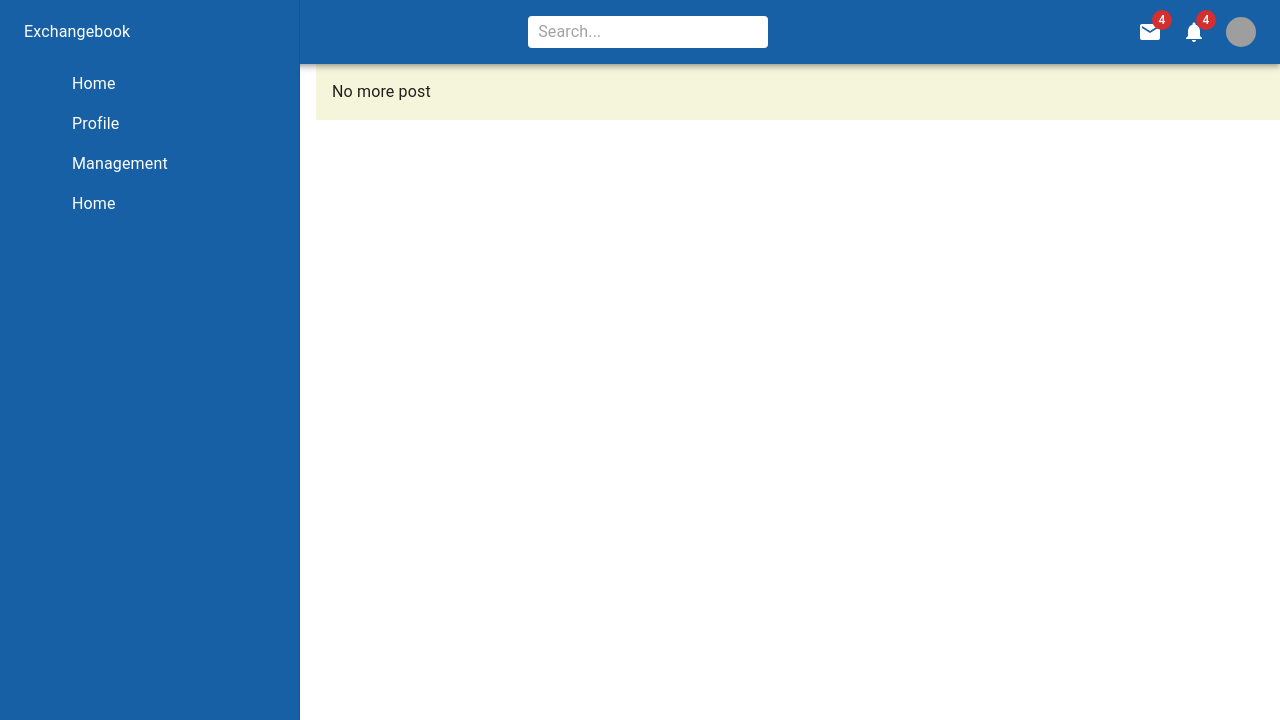
Repository: TrangPhuongLam07/exchangebookfrontend
Page: /
These files come from the project's save history. The page is drawn as it stood at one moment and after the next save; the edit follows.
The browser window is 1280 px wide. The pictures show the whole page.
Pictures or frames that could not be fetched are drawn as grey boxes. The page's requests for data from a server got no answer. The project was rebuilt for these pictures with package versions that can differ from the ones it lists, and the page was loaded fresh each time. Some packages were replaced by stand-ins written for this rebuild. No one was signed in, and anything a server would have sent is missing. Also part of the build but not shown: craco.config.js, src/components/post/index.js. Imported but missing from the stored project, and not drawn on this page: src/pages/management/add-post, src/pages/management/update-post.

Above is the page before, as saved 2023-08-01 17:48:28.

### src/index.js
import ReactDOM from "react-dom/client";
import React from "react";
import config from "./config";
import App from "./App";
import { ThemeProvider } from "@mui/material";
import "./index.css";
const root = ReactDOM.createRoot(document.getElementById("root"));

root.render(
  <React.StrictMode>
    <ThemeProvider theme={config.theme}>
      <App />
    </ThemeProvider>
  </React.StrictMode>
);

### src/config/index.js
import routes from "./routes";
import theme from "./theme";
const config = {
  routes,
  theme,
};

export default config;

### src/App.js
import { ReactQueryDevtools } from "@tanstack/react-query-devtools";
import { QueryClient, QueryClientProvider } from "@tanstack/react-query";
import { privateRoutes, publicRoutes } from "~/routes";
import { Fragment, Suspense } from "react";
import { CssBaseline } from "@mui/material";
import { BrowserRouter as Router, Routes, Route } from "react-router-dom";
import { Toaster } from "react-hot-toast";
const queryClient = new QueryClient({
  defaultOptions: {
    queries: {
      refetchOnWindowFocus: false,
      refetchOnMount: false,
      refetchOnReconnect: false,
      retry: 1,
      staleTime: 5 * 1000,
    },
  },
});

function App() {
  return (
    <QueryClientProvider client={queryClient}>
      <CssBaseline />
      <Toaster
        toastOptions={{
          duration: 1500,
        }}
      />
      <Router>
        <Suspense fallback={<div>Loading...</div>}>
          <Routes>
            {publicRoutes.map((route, index) => {
              const Page = route.component;
              const Layout = route.layout || Fragment;
              return (
                <Route
                  key={index}
                  path={route.path}
                  element={
                    <Layout>
                      <Page />
                    </Layout>
                  }
                />
              );
            })}
            {privateRoutes.map((route, index) => {
              const Page = route.component;
              const Layout = route.layout || Fragment;
              const Role = route?.role;
              return (
                <Route
                  key={index}
                  path={route.path}
                  element={
                    <Layout>
                      <Page />
                    </Layout>
                  }
                />
              );
            })}
          </Routes>
        </Suspense>
      </Router>
      <ReactQueryDevtools initialIsOpen={false} />
    </QueryClientProvider>
  );
}

export default App;

### src/index.css
body {
  margin: 0;
  font-family: -apple-system, BlinkMacSystemFont, "Segoe UI", "Roboto", "Oxygen",
    "Ubuntu", "Cantarell", "Fira Sans", "Droid Sans", "Helvetica Neue",
    sans-serif;
  -webkit-font-smoothing: antialiased;
  -moz-osx-font-smoothing: grayscale;
}

code {
  font-family: source-code-pro, Menlo, Monaco, Consolas, "Courier New",
    monospace;
}
img {
  max-width: 100%;
  object-fit: cover;
}

### src/config/routes.js
const routes = {
  home: "/",
  management: {
    management: "/management",
    add: "/management/add",
    update: "/management/update/:id",
    transaction: "/management/transaction",
    profile: "/management/profile",
  },
};
export default routes;

### src/config/theme.js
import { createTheme } from "@mui/material";
const theme = createTheme({
  palette: {
    primary: {
      main: "#1760A5",
      light: "skyblue",
    },
    secondary: {
      main: "#15C630",
    },
  },
});
export default theme;

### src/routes/index.js
import config from "~/config";
import { lazy } from "react";

const HomePage = lazy(() => import("~/pages/home"));
const AddPostPage = lazy(() => import("~/pages/management/add-post"));
const UpdatePostPage = lazy(() => import("~/pages/management/update-post"));
const ManagementPage = lazy(() => import("~/pages/management"));
const TransactionPage = lazy(() => import("~/pages/management/transaction"));

const ProfilePage = lazy(() => import("~/pages/management/profile"));

const DetailPage = lazy(() => import("~/pages/detail"));

const DefaultLayout = lazy(() => import("~/layouts/default"));
const ManagementLayout = lazy(() => import("~/layouts/management"));
const DetailLayout = lazy(() => import("~/layouts/detail"));

const publicRoutes = [
  {
    path: config.routes.home,
    component: HomePage,
    layout: DefaultLayout,
  },
];
const privateRoutes = [
  {
    path: config.routes.management.management,
    component: ManagementPage,
    layout: ManagementLayout,
  },
  {
    path: config.routes.management.add,
    component: AddPostPage,
    layout: ManagementLayout,
  },
  {
    path: config.routes.management.update,
    component: UpdatePostPage,
    layout: ManagementLayout,
  },
  {
    path: config.routes.management.profile,
    component: ProfilePage,
    layout: ManagementLayout,
  },
  {
    path: config.routes.management.transaction,
    component: TransactionPage,
    layout: ManagementLayout,
  },
  {
    path: config.routes.detailPage,
    component: DetailPage,
    layout: ManagementLayout,
  },
];

export { publicRoutes, privateRoutes };

### src/pages/home/index.js
import { useInfiniteQuery } from "@tanstack/react-query";
import { useCallback, useEffect, useId, useRef, useState } from "react";
import Feed from "~/components/feed";
import Post from "~/components/post";
import { postService } from "~/services";
const HomePage = () => {
  const uuid = useId();
  const [lastPostId, setLastPostId] = useState();
  const { data, isFetchingNextPage, error, fetchNextPage, hasNextPage } =
    useInfiniteQuery({
      queryKey: ["posts"],
      queryFn: postService.getAll,
      getNextPageParam: (lastPage, allPages) => {
        return allPages.length < 3 && allPages.length + 1;
      },
      getPreviousPageParam: (firstPage, allPages) => firstPage.prevCursor,
    });
  const intObserver = useRef();
  const lastPostRef = useCallback(
    (post) => {
      if (isFetchingNextPage) return;
      intObserver.current && intObserver.current.disconnect();
      intObserver.current = new IntersectionObserver((post) => {
        if (post[0].isIntersecting && hasNextPage) fetchNextPage();
      });
      post && intObserver.current.observe(post);
    },
    [isFetchingNextPage, fetchNextPage, hasNextPage]
  );

  if (error) return <>Error: {error.message}</>;
  return (
    <Feed>
      {data?.pages.map((page) => {
        return page.map((post, i) => {
          // if (data?.pages.length - 1 === i) {
          //   return <Post key={uuid} ref={lastPostRef} post={post} />;
          // }
          return (
            <Post
              key={i}
              post={post}
              ref={data?.pages.length - 1 === i ? lastPostRef : null}
            />
          );
        });
      })}
      {!hasNextPage && "No more post"}
    </Feed>
  );
};

export default HomePage;

### src/layouts/default/index.js
import { Box, Stack } from "@mui/material";
import AddPostBtn from "~/components/buttons/add-btn";
import Header from "~/components/header";
import Sidebar from "~/components/sidebar";

const DefaultLayout = ({ children }) => {
  return (
    <Box>
      <Header />
      <Stack direction="row" spacing={2} justifyContent="space-between">
        <Sidebar />
        {children}
        {/* <Feed /> */}
      </Stack>
      <AddPostBtn />
    </Box>
  );
};

export default DefaultLayout;

### src/components/feed/index.js
import { Box } from "@mui/material";

const Feed = ({ children }) => {
  return (
    <Box bgcolor="beige" flex={5} p={2}>
      {children}
    </Box>
  );
};

export default Feed;

### src/services/index.js
export * as categoryService from "./categoryService";
export * as postService from "./postService";
export * as userService from "./userService";

### src/components/buttons/add-btn/index.js
import {
  Avatar,
  Box,
  Button,
  ButtonGroup,
  Fab,
  Modal,
  TextField,
  Tooltip,
  Typography,
  styled,
} from "@mui/material";
import { Add as AddIcon } from "@mui/icons-material";
import { useState } from "react";
const AddPostBtn = () => {
  const [open, setOpen] = useState(false);
  const handleClose = () => setOpen(false);

  const StyledModal = styled(Modal)({
    display: "flex",
    alignItems: "center",
    justifyContent: "center",
  });
  const UserBox = styled(Box)({
    display: "flex",
    alignItems: "center",
    gap: "10px",
    marginBottom: "20px",
  });
  return (
    <Box>
      <Tooltip
        onClick={() => setOpen(true)}
        title="Add post"
        sx={{
          position: "fixed",
          bottom: 20,
          left: { xs: "calc(50% - 25px)", md: 30 },
        }}
      >
        <Fab color="primary" aria-label="Add">
          <AddIcon />
        </Fab>
      </Tooltip>
      <StyledModal open={open} onClose={handleClose}>
        <Box width={500} height={350} p={3} borderRadius={4} bgcolor="white">
          <Typography variant="h6" color="gray" textAlign="center">
            Create post
          </Typography>
          <UserBox>
            <Avatar
              src="https://source.unsplash.com/random"
              sx={{ width: 30, height: 30 }}
            />
            <Typography fontWeight={500} variant="span">
              Kienthuc
            </Typography>
          </UserBox>
          <TextField
            multiline
            rows={4}
            placeholder="What's in your mind"
            variant="standard"
            sx={{
              width: "100%",
            }}
          />
          <ButtonGroup fullWidth variant="contained" sx={{ marginTop: 3 }}>
            <Button>Post</Button>
          </ButtonGroup>
        </Box>
      </StyledModal>
    </Box>
  );
};

export default AddPostBtn;

### src/components/header/index.js
import { Pets, Mail, Notifications } from "@mui/icons-material";
import {
  AppBar,
  Typography,
  Box,
  Toolbar,
  InputBase,
  Badge,
  styled,
  Avatar,
  Menu,
  MenuItem,
} from "@mui/material";
import { useState } from "react";
import { useNavigate } from "react-router-dom";

const Header = () => {
  const [open, setOpen] = useState(false);
  const navigate = useNavigate();
  const handleToggle = () => {
    setOpen(!open);
  };

  const StyledToobar = styled(Toolbar)({
    display: "flex",
    justifyContent: "space-between",
  });
  const Search = styled("div")(({ theme }) => ({
    background: "white",
    padding: "0 10px",
    borderRadius: theme.shape.borderRadius,
  }));
  const Icons = styled(Box)(({ theme }) => ({
    display: "none",
    alignItems: "center",
    gap: "20px",
    [theme.breakpoints.up("sm")]: {
      display: "flex",
    },
  }));
  const UserBox = styled(Box)(({ theme }) => ({
    display: "flex",
    alignItems: "center",
    gap: "10px",
    [theme.breakpoints.up("sm")]: {
      display: "none",
    },
  }));
  return (
    <AppBar position="sticky">
      <StyledToobar>
        <Typography
          variant="h6"
          sx={{
            display: { xs: "none", sm: "block" },
          }}
        >
          ExchangeBook
        </Typography>
        <Pets
          sx={{
            display: { xs: "block", sm: "none" },
          }}
        />
        <Search>
          <InputBase placeholder="Search..." />
        </Search>
        <Icons>
          <Badge badgeContent={4} color="error">
            <Mail />
          </Badge>
          <Badge badgeContent={4} color="error">
            <Notifications />
          </Badge>
          <Avatar
            sx={{ width: 30, height: 30 }}
            src="https://source.unsplash.com/random"
            onClick={handleToggle}
          />
        </Icons>
        <UserBox onClick={handleToggle}>
          <Avatar
            sx={{ width: 30, height: 30 }}
            src="https://source.unsplash.com/random"
          />
        </UserBox>
        <Menu
          id="menu"
          aria-aria-labelledby="demo"
          open={open}
          onClose={() => setOpen(false)}
          anchorOrigin={{
            vertical: "top",
            horizontal: "right",
          }}
          transformOrigin={{
            vertical: "top",
            horizontal: "right",
          }}
        >
          <MenuItem
            onClick={() => navigate("/management/profile", { replace: true })}
          >
            Profile
          </MenuItem>
          <MenuItem>My account</MenuItem>
          <MenuItem>Logout</MenuItem>
        </Menu>
      </StyledToobar>
    </AppBar>
  );
};

export default Header;

### src/components/sidebar/index.js
import { Home, ModeNight } from "@mui/icons-material";
import {
  Box,
  List,
  ListItem,
  ListItemIcon,
  ListItemText,
  Switch,
  styled,
  Drawer,
  ListItemButton,
  Toolbar,
  Stack,
} from "@mui/material";
import { Link } from "react-router-dom";
import theme from "~/config/theme";
const Sidebar = () => {
  const StyledLink = styled(Link)({
    display: "flex",
    alignItems: "center",
    width: "100%",
    padding: "10px 20px",
    rowGap: 5,
  });

  return (
    // <Box
    //   flex={1}
    //   position="relative"
    //   p={2}
    //   sx={{
    //     display: { xs: "none", sm: "block" },
    //   }}
    // >
    //   <Box position="fixed" width={1 / 8}>
    //     <List>
    //       <ListItem>
    //         <StyledLink to="/">
    //           <ListItemIcon>
    //             <Home />
    //           </ListItemIcon>
    //           <ListItemText primary="Home" />
    //         </StyledLink>
    //       </ListItem>
    //       <ListItem>
    //         <StyledLink to="/management">
    //           <ListItemIcon>
    //             <Home />
    //           </ListItemIcon>
    //           <ListItemText primary="Management" />
    //         </StyledLink>
    //       </ListItem>
    //       <ListItem>
    //         <StyledLink to="/management/add">
    //           <ListItemIcon>
    //             <Home />
    //           </ListItemIcon>
    //           <ListItemText primary="Add" />
    //         </StyledLink>
    //       </ListItem>
    //       <ListItem>
    //         <StyledLink to="/management/transaction">
    //           <ListItemIcon>
    //             <Home />
    //           </ListItemIcon>
    //           <ListItemText primary="Transaction" />
    //         </StyledLink>
    //       </ListItem>
    //       <ListItem>
    //         <ListItemIcon>
    //           <ModeNight />
    //           <Switch />
    //         </ListItemIcon>
    //       </ListItem>
    //     </List>
    //   </Box>
    // </Box>
    <Drawer
      variant="permanent"
      sx={{
        width: 300,
        flexShrink: 0,
        "& .MuiDrawer-paper": {
          width: 300,
          boxSizing: "border-box",
          backgroundColor: theme.palette.primary.main,
          color: "white",
        },
      }}
    >
      <List disablePadding>
        <Toolbar>
          <Stack
            sx={{ width: "100%", direction: "row", justifyContent: "center" }}
          >
            Exchangebook
          </Stack>
        </Toolbar>
        <ListItemButton>
          <ListItemIcon></ListItemIcon>
          Home
        </ListItemButton>
        <ListItemButton>
          <ListItemIcon></ListItemIcon>
          Profile
        </ListItemButton>
        <ListItemButton>
          <ListItemIcon></ListItemIcon>
          Management
        </ListItemButton>
        <ListItemButton>
          <ListItemIcon></ListItemIcon>
          Home
        </ListItemButton>
      </List>
    </Drawer>
  );
};

export default Sidebar;

### src/services/categoryService.js
import httpRequest from "~/utils/httpRequest";

export const findById = async (id) => {
  try {
    const res = await httpRequest.get(`/posts/${id}`);
    return res.data;
  } catch (error) {
    console.log(error);
  }
};
export const findAll = async () => {
  try {
    const res = await httpRequest.get("/categories");
    return res.data;
  } catch (error) {
    console.log(error);
  }
};

### src/services/postService.js
import httpRequest from "~/utils/httpRequest";
const REQUEST = "/posts";

export const create = async (data) =>
  httpRequest.post(REQUEST, data, {
    headers: {
      "Content-Type": "multipart/form-data",
    },
  });
export const getOne = async (id) => {
  try {
    const res = await httpRequest.get(REQUEST + `/${id}`);
    return res.data;
  } catch (error) {}
};
export const getAll = async ({ pageParam = 1 }, page = 1) => {
  console.log(pageParam, page);
  try {
    const res = await httpRequest.get(
      `${REQUEST}?page=${page}&size=${pageParam}`
    );
    return res.data.postsResponses;
  } catch (error) {
    console.log(error);
  }
};
export const updateOne = async (id, data) => {
  try {
    const res = await httpRequest.put(`${REQUEST}/${id}`, data, {
      headers: {
        "Content-Type": "multipart/form-data",
      },
    });
    return res.data;
  } catch (error) {
    console.log(error);
  }
};
export const deleteOne = async (id) => {
  try {
    const res = await httpRequest.delete(`${REQUEST}/${id}`);
    return res.data;
  } catch (error) {
    console.log(error);
  }
};

### src/services/userService.js
import httpRequest from "~/utils/httpRequest";
const REQUEST = "/posts";

export const update = async (data) =>
  httpRequest.post(REQUEST, data, {
    headers: {
      "Content-Type": "multipart/form-data",
    },
  });

### src/utils/httpRequest.js
import axios from "axios";

const httpRequest = axios.create({
  baseURL: process.env.REACT_APP_BASE_API,
});

export const get = async (path, options = {}) => {
  const response = await httpRequest.get(path, options);
  return response.data;
};
export const post = async (path, data, options = {}) => {
  const response = await httpRequest.post(path, data, options);
  return response.data;
};
export const put = async (path, data, options = {}) => {
  const response = await httpRequest.put(path, data, options);
  return response.data;
};
export const remove = async (path, options = {}) => {
  const response = await httpRequest.delete(path, options);
  return response.data;
};
export default httpRequest;

Loaded but not shown: public/index.html (common file)

After the next save:
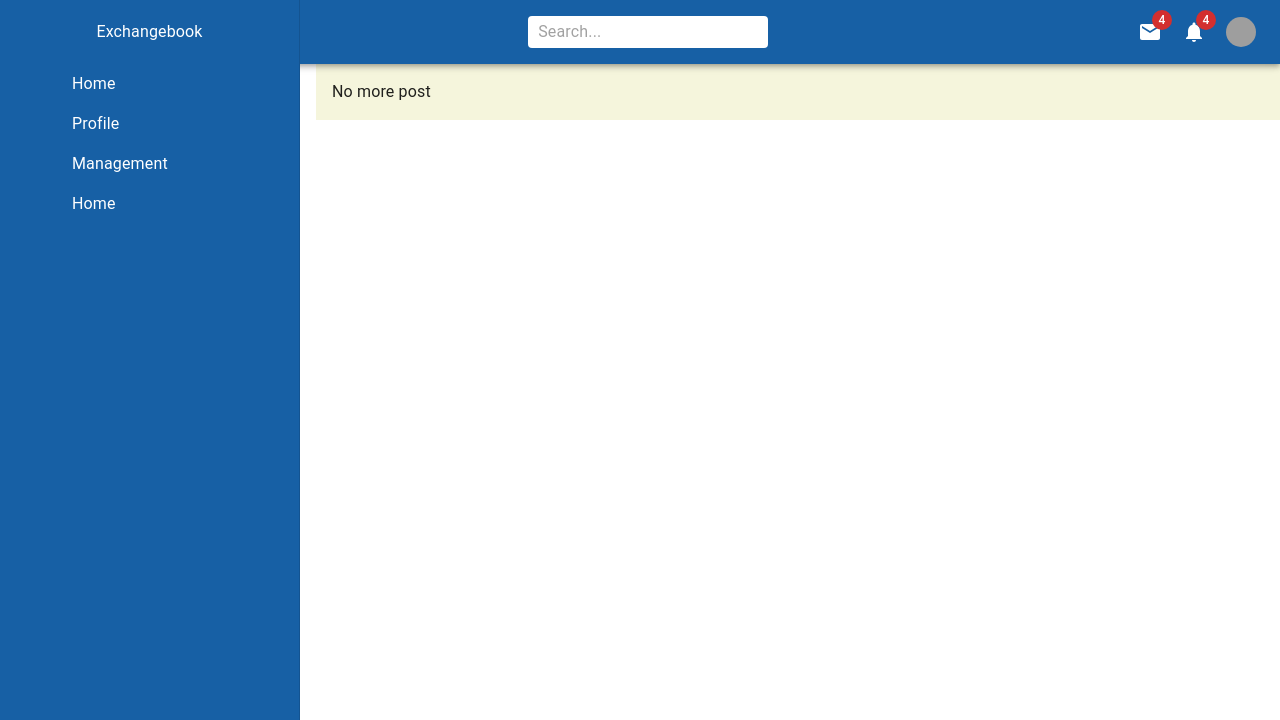
Saved 3 min 3 s later.
--- a/src/components/sidebar/index.js
+++ b/src/components/sidebar/index.js
@@ -91,7 +91,12 @@ const Sidebar = () => {
       <List disablePadding>
         <Toolbar>
           <Stack
-            sx={{ width: "100%", direction: "row", justifyContent: "center" }}
+            sx={{
+              width: "100%",
+              direction: "row",
+              justifyContent: "center",
+              textAlign: "center",
+            }}
           >
             Exchangebook
           </Stack>
